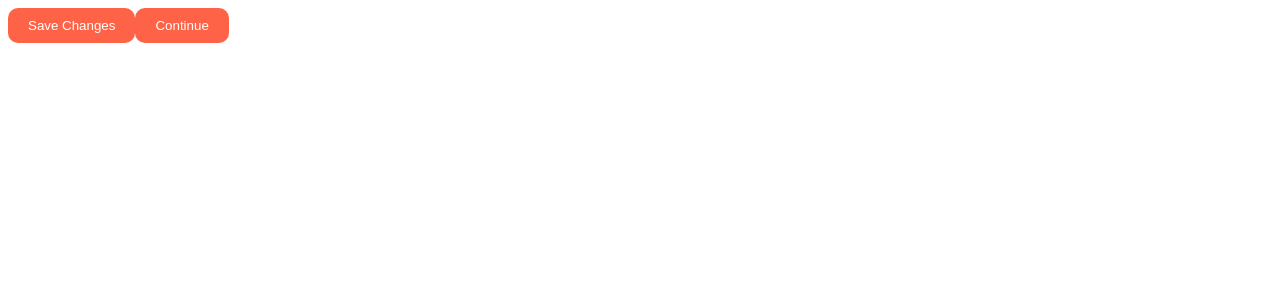
Repository: Leeminsu67/react-principle-study
Page: props.html
The author's editor kept a copy of each file at every save. The page is drawn from the files as they stood at one save, then again after the next save.
The browser window is 1280 px wide. The pictures show the whole page.

Above is the page before, as saved 2024-08-01 19:50:23.

### props.html
<!DOCTYPE html>
<html lang="ko">
  <body>
    <div id="root"></div>
  </body>
  <script src="https://unpkg.com/react@17.0.2/umd/react.production.min.js"></script>
  <script src="https://unpkg.com/react-dom@17.0.2/umd/react-dom.production.min.js"></script>
  <script src="https://unpkg.com/@babel/standalone/babel.min.js"></script>
  <script type="text/babel">
    function Btn({ text }) {
      return (
        <button
          style={{
            backgroundColor: "tomato",
            color: "white",
            padding: "10px 20px",
            border: 0,
            borderRadius: 10,
          }}
        >
          {text}
        </button>
      );
    }
    // App 컴포넌트
    const App = () => {
      // Btn({text:"Save Changes"});
      return (
        <div>
          <Btn text="Save Changes" />
          <Btn text="Continue" />
        </div>
      );
    };

    const root = document.getElementById("root");
    ReactDOM.render(<App />, root);
  </script>
</html>

After the next save:
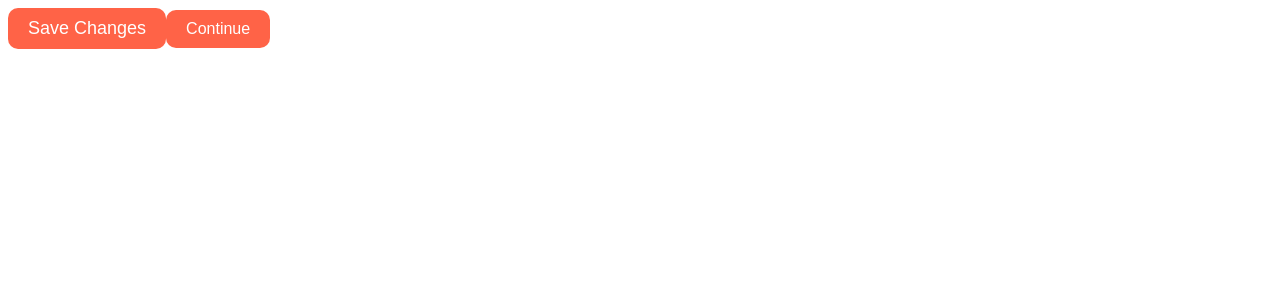
Saved 93 s later.
--- a/props.html
+++ b/props.html
@@ -7,7 +7,7 @@
   <script src="https://unpkg.com/react-dom@17.0.2/umd/react-dom.production.min.js"></script>
   <script src="https://unpkg.com/@babel/standalone/babel.min.js"></script>
   <script type="text/babel">
-    function Btn({ text }) {
+    function Btn({ text, big }) {
       return (
         <button
           style={{
@@ -16,6 +16,7 @@
             padding: "10px 20px",
             border: 0,
             borderRadius: 10,
+            fontSize: big ? 18 : 16,
           }}
         >
           {text}
@@ -27,8 +28,8 @@
       // Btn({text:"Save Changes"});
       return (
         <div>
-          <Btn text="Save Changes" />
-          <Btn text="Continue" />
+          <Btn text="Save Changes" big={true} />
+          <Btn text="Continue" big={false} />
         </div>
       );
     };
